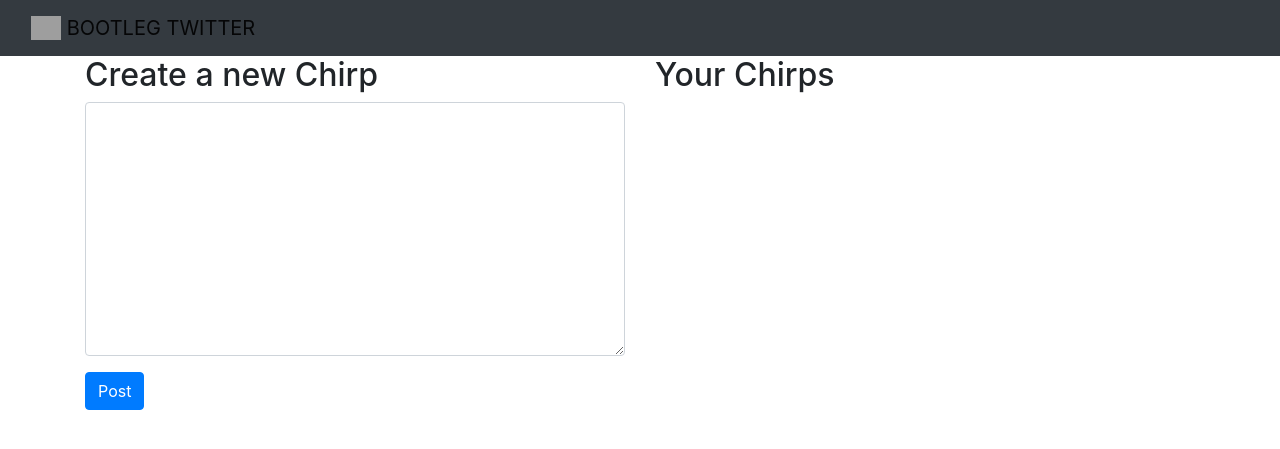
Repository: DavidDontKnow/BootlegTwitter
Page: html/profile.html
These files come from the project's save history. The page is drawn as it stood at one moment and after the next save; the edit follows.
The browser window is 1280 px wide. The pictures show the whole page.
Pictures or frames that could not be fetched are drawn as grey boxes.

Above is the page before, as saved 2023-04-05 15:59:20.

### html/profile.html
<!DOCTYPE html>
<html lang="en">
<head>
    <meta charset="UTF-8">
    <meta http-equiv="X-UA-Compatible" content="IE=edge">
    <meta name="viewport" content="width=device-width, initial-scale=1.0">
    <link rel="stylesheet" href="https://maxcdn.bootstrapcdn.com/bootstrap/4.5.2/css/bootstrap.min.css">
    <style>
        .login-form{
            max-width: 500px;
            margin: 0 auto;
            padding: 20px;
        }

        .login-form img{
            width: 100%;
            height: auto;
        }
        .form-group{
            margin-bottom: 1 rem;
        }
    </style>
    <title>Login</title>
</head>
<body>
    <nav class="navbar navbar-light bg-dark bg-body-tertiary">
        <div class="container-fluid">
          <a class="navbar-brand" href="#">
            <img src="/docs/5.3/assets/brand/bootstrap-logo.svg" alt="Logo" width="30" height="24" class="d-inline-block align-text-top">
            BOOTLEG TWITTER
          </a>
        </div>
      </nav>
<div class="container">
    <div class="row">
        <div class="col-md-6">
            <h2>Create a new Chirp</h2>
            <form action="">
                <div class="form-group">
                    <textarea name="chirp" id="chirp" cols="30" rows="10" class="form-control"></textarea>
                </div>
                <button type="submit" class="btn btn-primary">Post</button>
            </form>
        </div>
        <div class="col-md-6">
            <h2>Your Chirps</h2>
        </div>
    </div>
</div>

<script src="https://cdn.jsdelivr.net/npm/bootstrap@5.3.0-alpha3/dist/js/bootstrap.min.js" integrity="sha384-Y4oOpwW3duJdCWv5ly8SCFYWqFDsfob/3GkgExXKV4idmbt98QcxXYs9UoXAB7BZ" crossorigin="anonymous"></script>
</body>
</html>

After the next save:
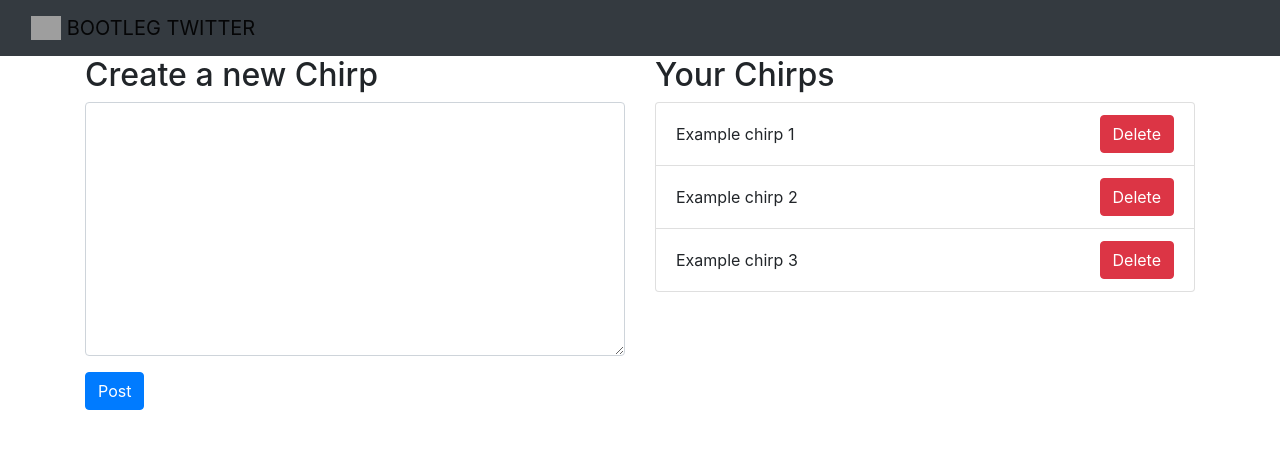
Saved 18 h 46 min later.
--- a/html/profile.html
+++ b/html/profile.html
@@ -44,6 +44,17 @@
         </div>
         <div class="col-md-6">
             <h2>Your Chirps</h2>
+            <ul class="list-group">
+                <li class="list-group-item d-flex justify-content-between align-items-center">Example chirp 1
+                    <button type="button" class="btn btn-danger"> Delete</button>
+                </li>
+                <li class="list-group-item d-flex justify-content-between align-items-center">Example chirp 2
+                    <button type="button" class="btn btn-danger"> Delete</button>
+                </li>
+                <li class="list-group-item d-flex justify-content-between align-items-center">Example chirp 3
+                    <button type="button" class="btn btn-danger"> Delete</button>
+                </li>
+            </ul>
         </div>
     </div>
 </div>
